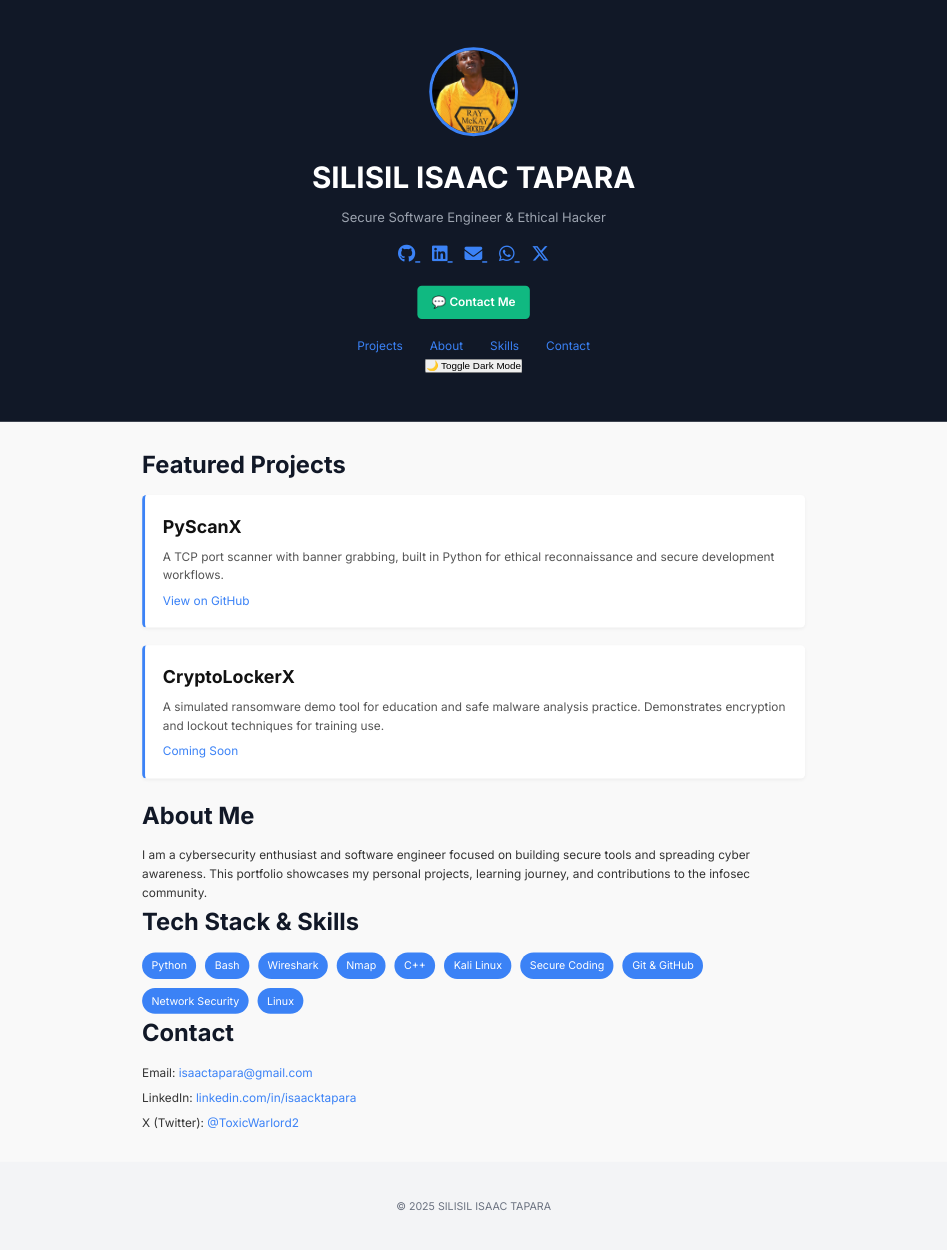
Repository: isaactapara/isaactapara.github.io
Page: index.html
An editor plug-in stored every save of this project. The page is shown before and after the next save, followed by the edit.
The browser window is 1280 px wide. The pictures show the whole page, at 74% of full size.
Some web libraries are served in a nearby version.

Above is the page before, as saved 2025-07-17 10:55:27.

### index.html
<!DOCTYPE html>
<html lang="en">
<head>
  <meta charset="UTF-8" />
  <meta name="viewport" content="width=device-width, initial-scale=1.0"/>
  <title>SILISIL ISAAC TAPARA | Cybersecurity Portfolio</title>
  <link rel="stylesheet" href="style.css" />
  <link href="https://fonts.googleapis.com/css2?family=Inter:wght@400;600;700&display=swap" rel="stylesheet" />
  <script src="https://kit.fontawesome.com/a076d05399.js" crossorigin="anonymous"></script>
</head>
<body>
  <header>
    <div class="container text-center">
      <img src="assets/isaac.jpg" alt="Profile Photo" class="profile-photo" />
      <h1>SILISIL ISAAC TAPARA</h1>
      <p class="subtitle">Secure Software Engineer & Ethical Hacker</p>

      <div class="social-icons">
        <a href="https://github.com/isaactapara" target="_blank" title="GitHub">
          <i class="fab fa-github"></i>
        </a>
        <a href="https://www.linkedin.com/in/isaacktapara/" target="_blank" title="LinkedIn">
          <i class="fab fa-linkedin"></i>
        </a>
        <a href="mailto:isaactapara@gmail.com" title="Email Me">
          <i class="fas fa-envelope"></i>
        </a>
        <a href="https://wa.me/254702502376" target="_blank" title="Chat on WhatsApp">
          <i class="fab fa-whatsapp"></i>
        </a>
        <a href="https://x.com/ToxicWarlord2/" target="_blank" title="Twitter (X)">
          <i class="fab fa-x-twitter"></i>
        </a>
      </div>

      <div class="contact-button">
        <a href="https://wa.me/254702502376" target="_blank" class="btn">💬 Contact Me</a>
      </div>

      <nav>
        <a href="#projects">Projects</a>
        <a href="#about">About</a>
        <a href="#skills">Skills</a>
        <a href="#contact">Contact</a>
      </nav>

      <button id="darkModeToggle">🌙 Toggle Dark Mode</button>
    </div>
  </header>

  <main class="container">
    <section id="projects">
      <h2>Featured Projects</h2>

      <div class="project-card">
        <h3>PyScanX</h3>
        <p>A TCP port scanner with banner grabbing, built in Python for ethical reconnaissance and secure development workflows.</p>
        <a href="https://github.com/isaactapara/PyScanx" target="_blank">View on GitHub</a>
      </div>

      <div class="project-card">
        <h3>CryptoLockerX</h3>
        <p>A simulated ransomware demo tool for education and safe malware analysis practice. Demonstrates encryption and lockout techniques for training use.</p>
        <a href="#">Coming Soon</a>
      </div>
    </section>

    <section id="about">
      <h2>About Me</h2>
      <p>I am a cybersecurity enthusiast and software engineer focused on building secure tools and spreading cyber awareness. This portfolio showcases my personal projects, learning journey, and contributions to the infosec community.</p>
    </section>

    <section id="skills">
      <h2>Tech Stack & Skills</h2>
      <div class="skills-grid">
        <span>Python</span>
        <span>Bash</span>
        <span>Wireshark</span>
        <span>Nmap</span>
        <span>C++</span>
        <span>Kali Linux</span>
        <span>Secure Coding</span>
        <span>Git & GitHub</span>
        <span>Network Security</span>
        <span>Linux</span>
      </div>
    </section>

    <section id="contact">
      <h2>Contact</h2>
      <ul class="contact-links">
        <li>Email: <a href="mailto:isaactapara@gmail.com">isaactapara@gmail.com</a></li>
        <li>LinkedIn: <a href="https://www.linkedin.com/in/isaacktapara/" target="_blank">linkedin.com/in/isaacktapara</a></li>
        <li>X (Twitter): <a href="https://x.com/ToxicWarlord2" target="_blank">@ToxicWarlord2</a></li>
      </ul>
    </section>
  </main>

  <footer>
    <div class="container">
      <p>&copy; 2025 SILISIL ISAAC TAPARA</p>
    </div>
  </footer>

  <script>
    const toggle = document.getElementById('darkModeToggle');
    toggle.addEventListener('click', () => {
      document.body.classList.toggle('dark-mode');
    });
  </script>
</body>
</html>

### style.css
* {
  box-sizing: border-box;
  margin: 0;
  padding: 0;
}

body {
  font-family: 'Inter', sans-serif;
  background: #f9f9f9;
  color: #333;
  line-height: 1.6;
}

.container {
  max-width: 960px;
  margin: 0 auto;
  padding: 2rem;
}

header {
  background: #111827;
  color: white;
  padding: 2rem 0;
  text-align: center;
}

header h1 {
  font-size: 2.5rem;
  margin-bottom: 0.5rem;
}

.subtitle {
  font-size: 1.1rem;
  color: #9ca3af;
}

nav {
  margin-top: 1.5rem;
}

nav a {
  margin: 0 1rem;
  color: #3b82f6;
  text-decoration: none;
  font-weight: 500;
}

nav a:hover {
  text-decoration: underline;
}

.profile-photo {
  width: 120px;
  height: 120px;
  border-radius: 50%;
  object-fit: cover;
  margin-bottom: 1rem;
  border: 4px solid #3b82f6;
}

.social-icons {
  margin-top: 1rem;
}

.social-icons a {
  color: #3b82f6;
  margin: 0 0.5rem;
  font-size: 1.5rem;
  transition: color 0.3s ease;
}

.social-icons a:hover {
  color: #1e40af;
}

.contact-button {
  margin-top: 1.5rem;
}

.contact-button .btn {
  display: inline-block;
  background-color: #10b981;
  color: white;
  padding: 0.6rem 1.2rem;
  font-size: 1rem;
  border-radius: 6px;
  text-decoration: none;
  font-weight: 600;
  transition: background-color 0.3s ease;
}

.contact-button .btn:hover {
  background-color: #059669;
}

h2 {
  font-size: 2rem;
  color: #111827;
  margin-bottom: 1rem;
}

.project-card {
  background: white;
  padding: 1.5rem;
  border-left: 4px solid #3b82f6;
  box-shadow: 0 2px 5px rgba(0,0,0,0.05);
  margin-bottom: 1.5rem;
  border-radius: 6px;
}

.project-card h3 {
  font-size: 1.5rem;
  color: #111;
  margin-bottom: 0.5rem;
}

.project-card p {
  color: #555;
  margin-bottom: 0.5rem;
}

.project-card a {
  color: #3b82f6;
  font-weight: 500;
  text-decoration: none;
}

.project-card a:hover {
  text-decoration: underline;
}

.skills-grid {
  display: flex;
  flex-wrap: wrap;
  gap: 0.75rem;
}

.skills-grid span {
  background-color: #3b82f6;
  color: white;
  padding: 0.4rem 0.8rem;
  border-radius: 20px;
  font-size: 0.9rem;
  font-weight: 500;
}

.contact-links {
  list-style: none;
  padding-left: 0;
}

.contact-links li {
  margin-bottom: 0.5rem;
  font-size: 1rem;
}

.contact-links a {
  color: #3b82f6;
  text-decoration: none;
  font-weight: 500;
}

.contact-links a:hover {
  text-decoration: underline;
}

footer {
  background: #f3f4f6;
  text-align: center;
  padding: 1rem;
  font-size: 0.9rem;
  color: #6b7280;
}

/* Dark Mode Styles */
.dark-mode {
  background-color: #111827;
  color: #e5e7eb;
}

.dark-mode .project-card {
  background-color: #1f2937;
  border-left-color: #2563eb;
}

.dark-mode a {
  color: #60a5fa;
}

.dark-mode nav a {
  color: #93c5fd;
}

.dark-mode .skills-grid span {
  background-color: #2563eb;
}

.dark-mode footer {
  background-color: #1f2937;
  color: #9ca3af;
}

/* Mobile Responsiveness */
@media (max-width: 600px) {
  header h1 {
    font-size: 1.8rem;
  }

  nav a {
    display: block;
    margin: 0.5rem 0;
  }

  .project-card {
    padding: 1rem;
  }

  .skills-grid {
    justify-content: center;
  }

  .social-icons a {
    font-size: 1.2rem;
  }
}

After the next save:
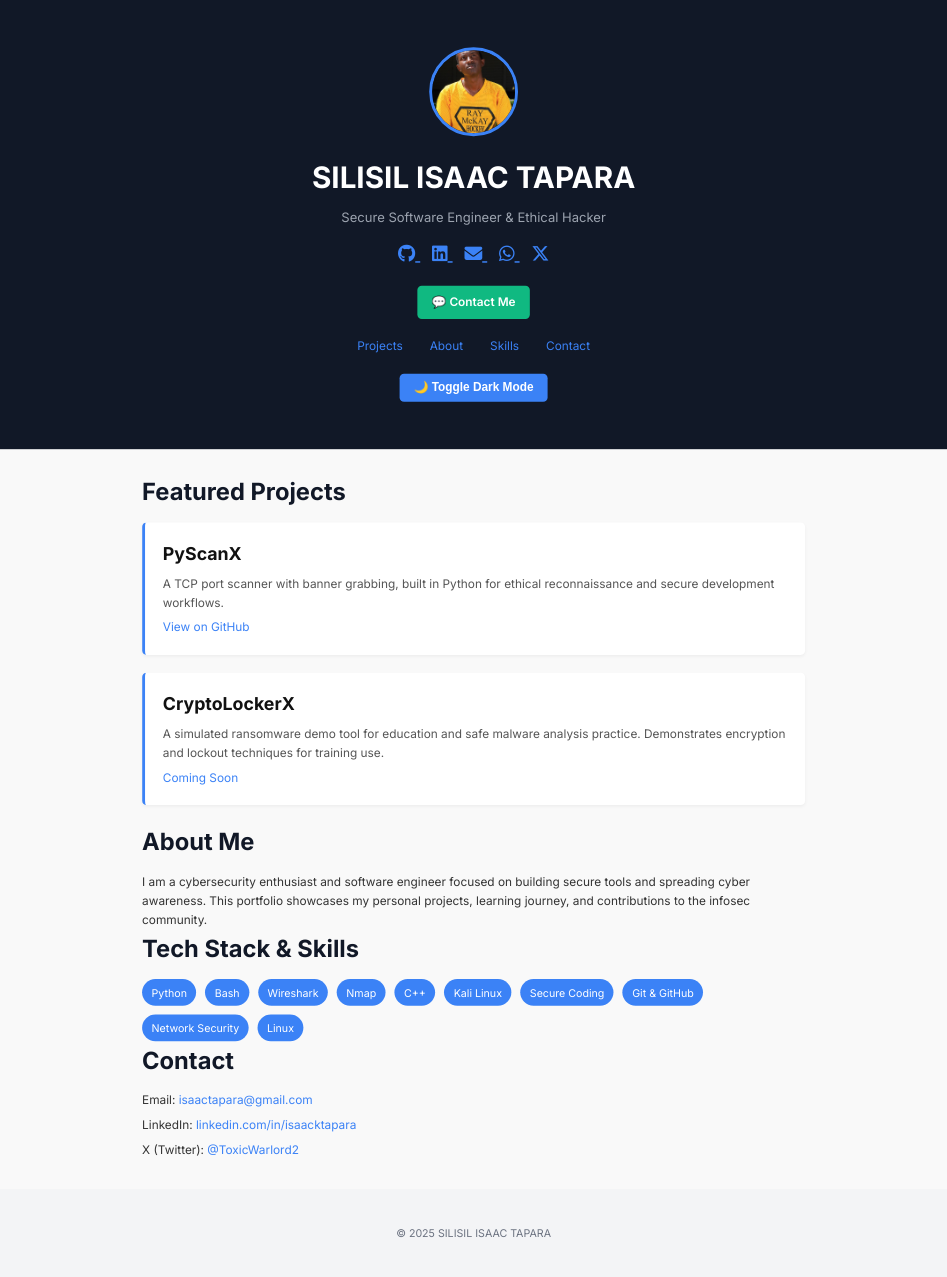
Saved 6 min 1 s later.
--- a/style.css
+++ b/style.css
@@ -223,3 +223,19 @@ footer {
     font-size: 1.2rem;
   }
 }
+#darkModeToggle {
+  margin-top: 1.5rem;
+  background-color: #3b82f6;
+  color: white;
+  padding: 0.6rem 1.2rem;
+  border: none;
+  border-radius: 6px;
+  font-size: 1rem;
+  font-weight: 600;
+  cursor: pointer;
+  transition: background-color 0.3s ease;
+}
+
+#darkModeToggle:hover {
+  background-color: #1e40af;
+}
